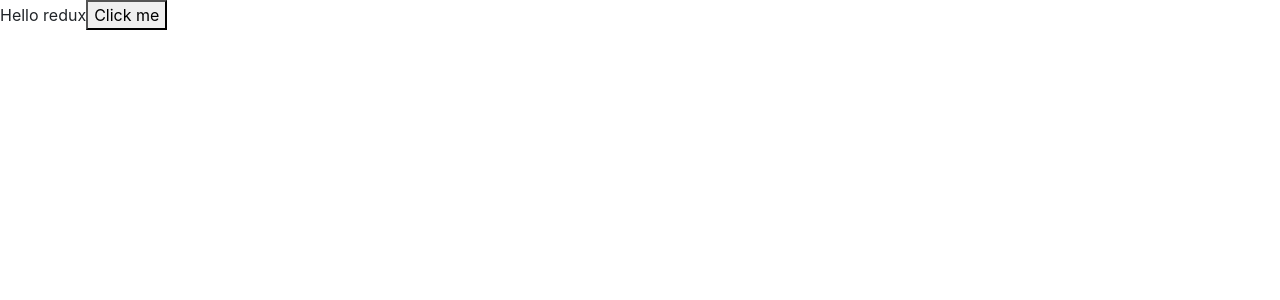
Repository: oluwaseyi9325/react-redux
Page: /
An editor plug-in stored every save of this project. The page is shown before and after a run of saves, followed by the edit.
The browser window is 1280 px wide. The pictures show the whole page.
The project was rebuilt for these pictures with package versions that can differ from the ones it lists, and the page was loaded fresh each time.

Above is the page before, as saved 2023-05-09 16:12:15.

After the next 3 saves:
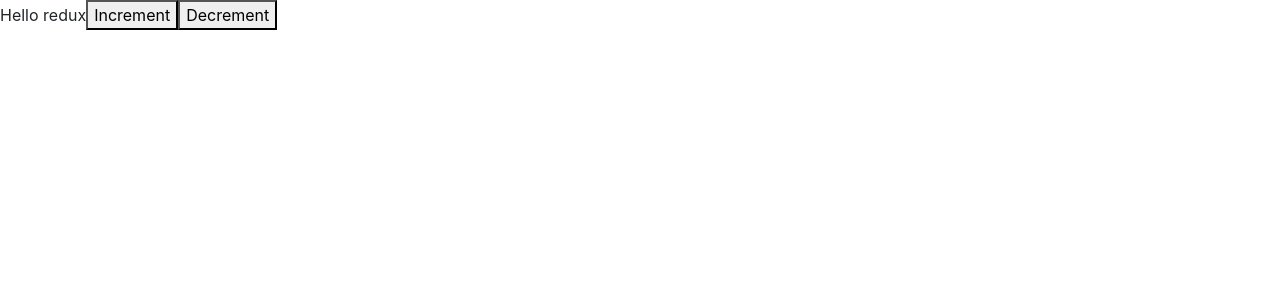
The 3 saves are shown as one change because they came seconds apart.
The last was saved 10 s later.
--- a/src/App.tsx
+++ b/src/App.tsx
@@ -8,7 +8,8 @@ const App = () => {
     <>
       Hello redux
 
-      <button onClick={() => {}}>Click me</button>
+      <button onClick={() => {}}>Increment</button>
+      <button onClick={() => {}}>Decrement</button>
 
     </>
   )
